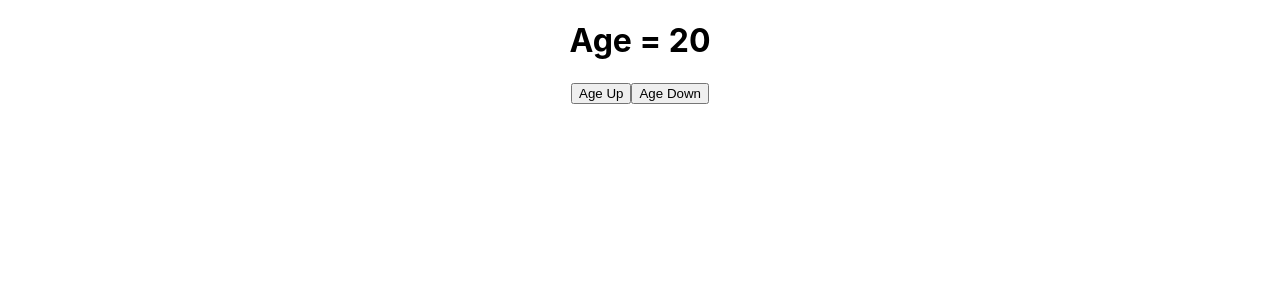
Repository: rihemebh/React-Basics
Page: / (app in saga-app/)
An editor plug-in stored every save of this project. The page is shown before and after the next save, followed by the edit.
The browser window is 1280 px wide. The pictures show the whole page.
The project was rebuilt for these pictures with package versions that can differ from the ones it lists, and the page was loaded fresh each time.

Above is the page before, as saved 2021-07-11 10:37:51.

### saga-app/src/index.js
import React from 'react';
import ReactDOM from 'react-dom';
import './index.css';
import App from './App';
import reportWebVitals from './reportWebVitals';
import {Provider} from 'react-redux'
//import store from "./store/store";
import {createStore , applyMiddleware} from 'redux'


import reducer from './store/reducer'
//import sagaMiddleware from './saga/saga'
import createSagaMiddleware from 'redux-saga'
import {watchAgeUp} from './store/saga/saga'

const sagaMiddleware = createSagaMiddleware();

const store = createStore(reducer,applyMiddleware(sagaMiddleware));
sagaMiddleware.run(watchAgeUp);
ReactDOM.render(
  <React.StrictMode>
  <Provider store={store}>
    <App />
     </Provider>
  </React.StrictMode>,
  document.getElementById('root')
);

// If you want to start measuring performance in your app, pass a function
// to log results (for example: reportWebVitals(console.log))
// or send to an analytics endpoint. Learn more: https://bit.ly/CRA-vitals
reportWebVitals();

### saga-app/src/App.js
//import logo from './logo.svg';
import React from "react";
import "./App.css";
import store from "./store/store";
import { ageUp, ageDown } from "./store/actions";
import { useDispatch, useSelector } from "react-redux";
function App() {
  console.log(store.getState);
  const dispatch = useDispatch();
  const age = useSelector((state) => state.age);
  return (
    <div className="App">
      <h1>Age = {age}</h1>
      <div>
        <button onClick={() => dispatch(ageUp())}>Age Up</button>
        <button onClick={() => dispatch(ageDown())}>Age Down</button>
      </div>
    </div>
  );
}

export default App;

### saga-app/src/store/reducer.js
const init = {
  age: 20,
};
export default function reducer(state = init, action) {
  switch (action.type) {
    case "up_async":
      return { ...state, age: state.age + action.payload };
    case "up":
      return { ...state, age: state.age + action.payload };
    case "down":
      return { ...state, age: state.age - action.payload };

    default:
      return state;
  }
}

### saga-app/src/store/saga/saga.js
import { takeEvery, put ,delay } from "redux-saga/effects";
//import { delay } from "redux-saga";

function* ageUpAsync() {
  yield delay(1000);
  yield put({ type: "up_async", payload: 1 });
}

// a generator function
export function* watchAgeUp() {
  yield takeEvery("up", ageUpAsync);
}

### saga-app/src/store/store.js
import {createStore , applyMiddleware} from 'redux'


import reducer from './reducer'
//import sagaMiddleware from './saga/saga'
import createSagaMiddleware from 'redux-saga'
import {watchAgeUp} from './saga/saga'

const sagaMiddleware = createSagaMiddleware();

const store = createStore(reducer,applyMiddleware(sagaMiddleware));
sagaMiddleware.run(watchAgeUp);
export default store;

### saga-app/src/store/actions.js
export function ageUp(){

    return {
        type: "up",
        payload: 1,
    }
}

export function ageDown(){

    return {
        type: "down",
        payload: 1,
    }
}

Loaded but not shown: saga-app/public/index.html (common file); saga-app/src/index.css (common file); saga-app/src/reportWebVitals.js (common file); saga-app/src/App.css (common file)

After the next save:
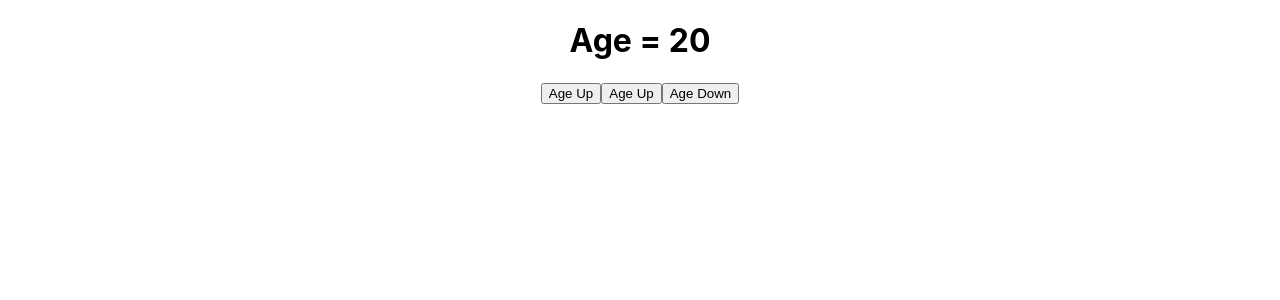
Saved 12 s later.
--- a/saga-app/src/App.js
+++ b/saga-app/src/App.js
@@ -13,6 +13,7 @@ function App() {
       <h1>Age = {age}</h1>
       <div>
         <button onClick={() => dispatch(ageUp())}>Age Up</button>
+        <button onClick={() => dispatch(ageUp())}>Age Up</button>
         <button onClick={() => dispatch(ageDown())}>Age Down</button>
       </div>
     </div>
